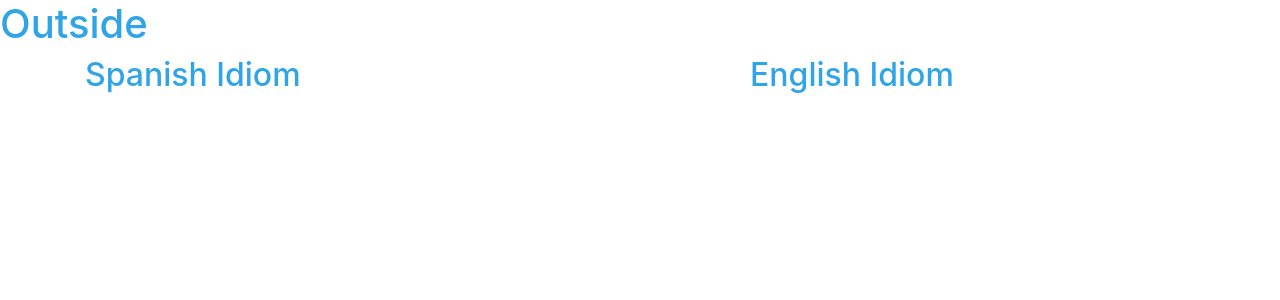
Repository: JK27/idioms-english-spanish
Page: http://localhost/
The author's editor kept a record of every edit. The page is drawn from the files as they stood at one moment, then again after the next edit.
The browser window is 1280 px wide. The pictures show the whole page.
Some web libraries are served in a nearby version. The page is served by the project's application, run on Flask 3 (idioms.py). Queries for data that is not in the repository find no rows.

Above is the page before.

### templates/idioms.html
{% extends "base.html" %} {% block content %}

<div class="row">
    <div class="col-5">
        <h2>Spanish Idiom</h2>
    </div>
    <div class="col-2"></div>
    <div class="col-5">
        <h2>English Idiom</h2>
    </div>
</div>
{% for idiom in idioms %}

<div class="row">
    <div class="card col-5">
        <div class="card-body">
            <h5 class="card-title"><em>"{{idiom.spanish_idiom}}"</em></h5>
            <p class="card-text"> {{idiom.english_literal}}</p>
            <p class="card-text">{{idiom.english_meaning}}</p>
        </div>
    </div>
    <div class="card middle-column col-2">
        <h5 class="card-title"><em>Equivalent idiom</em></h5>
        <p class="card-text">Literal translation</p>
        <p class="card-text">Meaning</p>
        <a class="btn btn-primary btn-sm" href="{{url_for('edit_idiom', idiom_id=idiom._id)}}" role="button">Edit</a>
        <a class="btn btn-danger btn-sm" href="{{url_for('delete_idiom', idiom_id=idiom._id)}}" role="button">Delete</a>

    </div>

    <div class="card col-5">
        <div class="card-body">
            <h5 class="card-title"><em>"{{idiom.english_idiom}}"</em></h5>
            <p class="card-text">{{idiom.spanish_literal}}</p>
            <p class="card-text">{{idiom.spanish_meaning}}</p>
        </div>
    </div>

</div>

{% endfor %} {% endblock %}

### templates/base.html
<!DOCTYPE html>
<html lang="en">

<head>
    <meta charset="UTF-8">
    <meta name="viewport" content="width=device-width, initial-scale=1.0">
    <meta http-equiv="X-UA-Compatible" content="ie=edge">

    <link href="https://stackpath.bootstrapcdn.com/bootswatch/4.3.1/cerulean/bootstrap.min.css" rel="stylesheet" integrity="sha384-C++cugH8+Uf86JbNOnQoBweHHAe/wVKN/mb0lTybu/NZ9sEYbd+BbbYtNpWYAsNP" crossorigin="anonymous">

    <title>Idioms English - Spanish</title>
</head>

<body>
    <h1>Outside</h1>
    <div class="container">
    {% block content%}

    {% endblock %}
    </div>


    <script src="https://code.jquery.com/jquery-3.3.1.slim.min.js" integrity="sha384-q8i/X+965DzO0rT7abK41JStQIAqVgRVzpbzo5smXKp4YfRvH+8abtTE1Pi6jizo" crossorigin="anonymous"></script>
    <script src="https://cdnjs.cloudflare.com/ajax/libs/popper.js/1.14.7/umd/popper.min.js" integrity="sha384-UO2eT0CpHqdSJQ6hJty5KVphtPhzWj9WO1clHTMGa3JDZwrnQq4sF86dIHNDz0W1" crossorigin="anonymous"></script>
    <script src="https://stackpath.bootstrapcdn.com/bootstrap/4.3.1/js/bootstrap.min.js" integrity="sha384-JjSmVgyd0p3pXB1rRibZUAYoIIy6OrQ6VrjIEaFf/nJGzIxFDsf4x0xIM+B07jRM" crossorigin="anonymous"></script>

</body>

</html>

### idioms.py
import os
from flask import Flask, render_template, redirect, request, url_for
from flask_pymongo import PyMongo
from bson.objectid import ObjectId

app = Flask(__name__)

app.config["MONGO_DBNAME"] = "idioms-and-proverbs"
app.config["MONGO_URI"] = "mongodb+srv://jk27:07diciembre18@cluster0-9pga0.mongodb.net/idioms-and-proverbs?retryWrites=true&w=majority"

mongo = PyMongo(app)

@app.route("/")
@app.route("/get_idioms")
def get_idioms():
    return render_template("idioms.html", idioms=mongo.db.idioms.find())

# ---------------------------------------------------------------------     Functions to add idioms -- #
@app.route("/add_idiom")
def add_idiom():
    return render_template("addidiom.html")

@app.route("/insert_idiom", methods=["POST"])                           #-- Data from form in addidiom.html is posted using this function...
def insert_idiom():
    idioms = mongo.db.idioms                                            #-- ... data is inserted to the idioms database...
    idioms.insert_one(request.form.to_dict())                           #-- ... inserting one item to the dictionary...
    return redirect(url_for("get_idioms"))                              #-- ... and then redirecting to /get_idioms

# ---------------------------------------------------------------------     Functions to edit idioms -- #
@app.route("/edit_idiom/ <idiom_id>")
def edit_idiom(idiom_id):                                               #-- Use idiom_id to target the idiom that want to edit
    the_idiom = mongo.db.idioms.find_one({"_id":ObjectId(idiom_id)})    #-- Retrieve the idiom from the idioms database, using its id to find it...
    return render_template("editidiom.html", idiom=the_idiom)           #-- ... and then redirecting to /editidiom.html

@app.route("/update_idiom/<idiom_id>", methods=["POST"])                #-- Data from form in editidiom.html is posted using this function...
def update_idiom(idiom_id):
    idioms = mongo.db.idioms                                            #-- ... data is updated in the idioms database...
    idioms.update({"_id":ObjectId(idiom_id)},                           #-- ... updating the item with a specific id...
    {
        "spanish_idiom": request.form.get("spanish_idiom"),             #-- ... each field for that item will be updated taking the input from...
        "english_literal": request.form.get("english_literal"),         #-- ... the corresponding field on the form
        "english_meaning": request.form.get("english_meaning"),
        "english_idiom": request.form.get("english_idiom"),
        "spanish_literal": request.form.get("spanish_literal"),
        "spanish_meaning": request.form.get("spanish_meaning")
    })
    return redirect(url_for("get_idioms"))

# -------------------------------------------------------------------- Function to delete idioms -- #
@app.route("/delete_idiom/<idiom_id>")
def delete_idiom(idiom_id):
    mongo.db.idioms.remove({"_id": ObjectId(idiom_id)})
    return redirect(url_for("get_idioms"))

if __name__ == "__main__":
    app.run(host=os.environ.get("IP"),
            port=int(os.environ.get("PORT")),
            debug=True)

After the next edit:
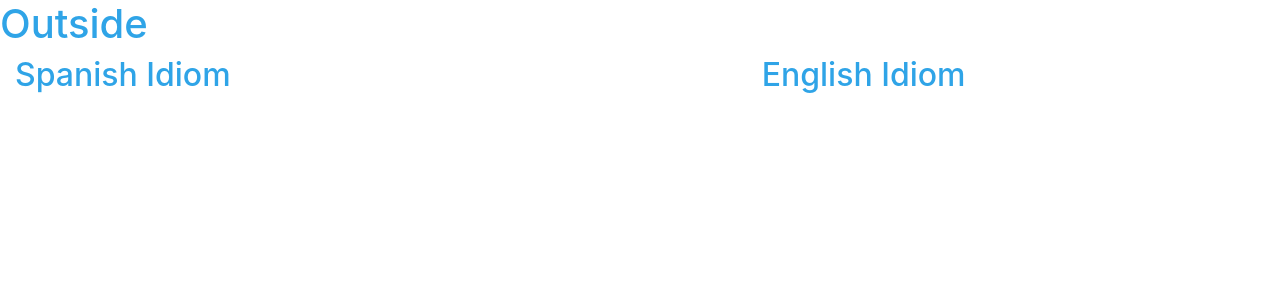
The edit:
--- a/templates/base.html
+++ b/templates/base.html
@@ -13,8 +13,8 @@
 
 <body>
     <h1>Outside</h1>
-    <div class="container">
-    {% block content%}
+    <div class="container-fluid">
+    {% block content %}
 
     {% endblock %}
     </div>
